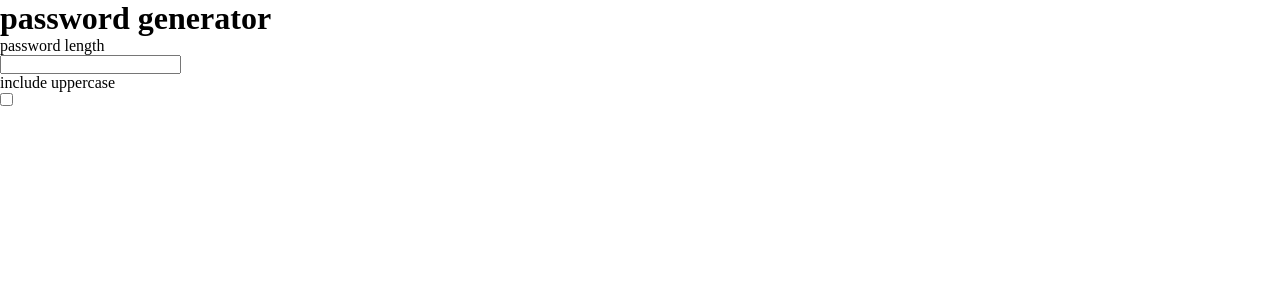
Repository: Eugene44-hub/password-generator
Page: index.html
An editor plug-in stored every save of this project. The page is shown before and after the next save, followed by the edit.
The browser window is 1280 px wide. The pictures show the whole page.

Above is the page before, as saved 2021-09-23 10:16:40.

After the next save:
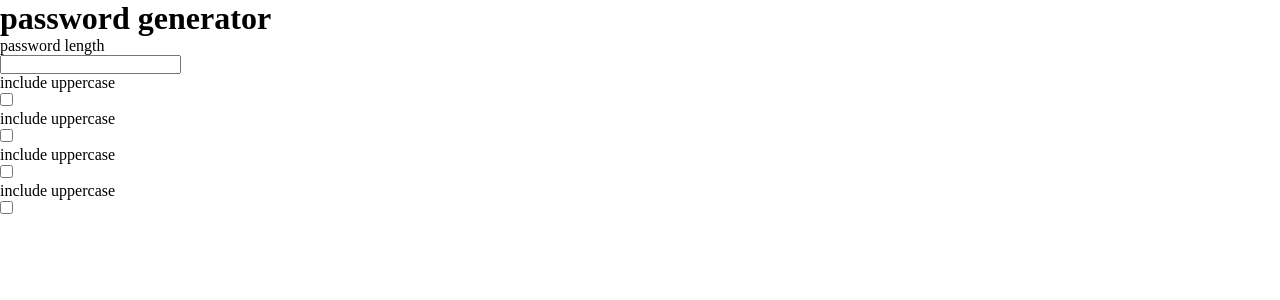
Saved 20 s later.
--- a/index.html
+++ b/index.html
@@ -19,6 +19,9 @@
             <p>password length</p>
             <input type="number">
             <p>include uppercase</p><input type="checkbox">
+            <p>include uppercase</p><input type="checkbox">
+            <p>include uppercase</p><input type="checkbox">
+            <p>include uppercase</p><input type="checkbox">
         </div>
     </div>
     <script src="app.js"></script>
